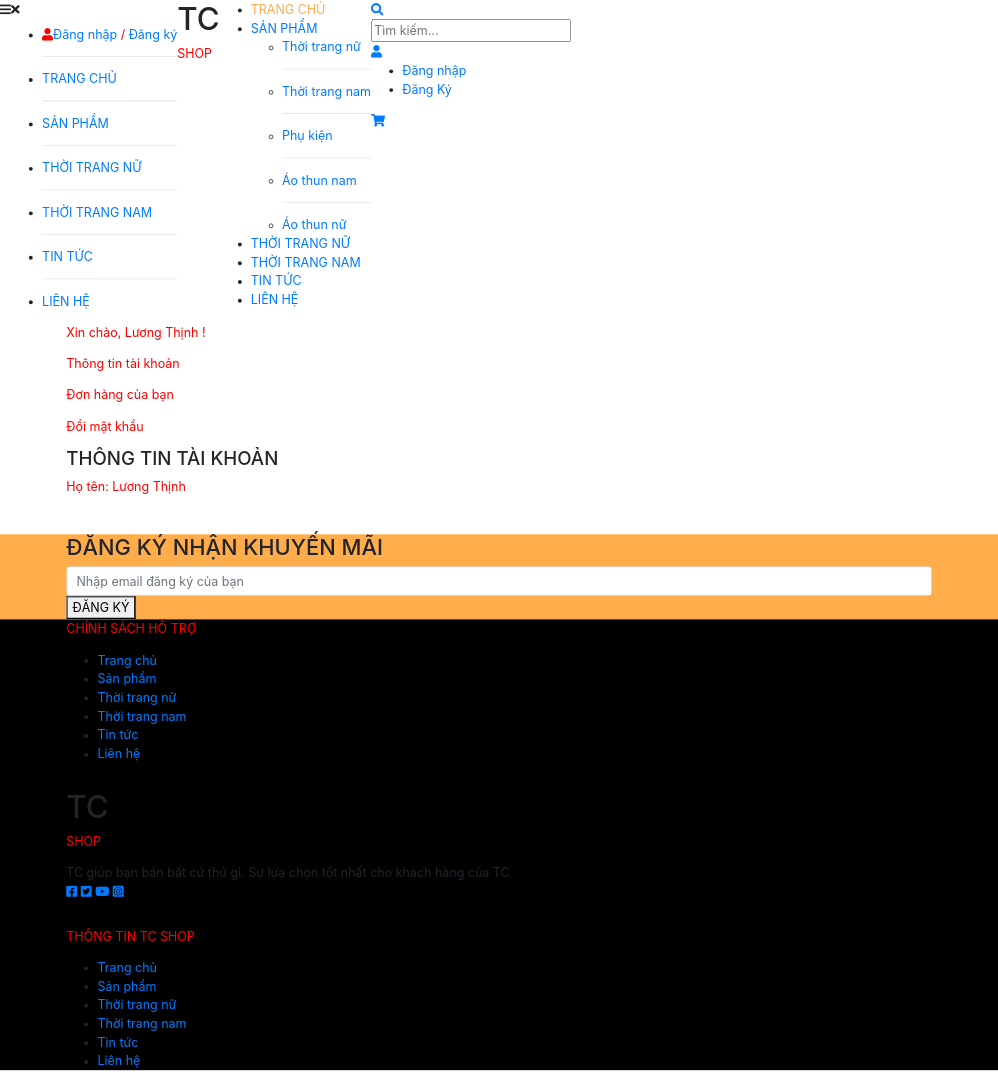
Repository: congthinh1701/TCshop
Page: ThongTinTaiKhoan.html
An editor plug-in stored every save of this project. The page is shown before and after the next save, followed by the edit.
The browser window is 1280 px wide. The pictures show the whole page, at 78% of full size.
The style sheet was rebuilt from its Sass, Less or Tailwind sources for each picture, by a compiler version that may differ from the author's.

Above is the page before, as saved 2021-09-08 16:59:41.

### ThongTinTaiKhoan.html
<!DOCTYPE html>
<html lang="en">
<head>
    <meta charset="UTF-8">
    <meta http-equiv="X-UA-Compatible" content="IE=edge">
    <meta name="viewport" content="width=device-width, initial-scale=1.0">
    <title>Document</title>
    <link rel="stylesheet" href="fontawesome-free-5.15.4-web/css/all.css">
    <link rel="stylesheet" href="sass/style.css">
</head>
<body>
    <div id="headerID"> <!-- your header --> </div>
    <div class="container">
        <div class="trang-tai-khoan">
            <div class="trang-tai-khoan-hello">
                <p><span>Xin chào, </span>Lương Thịnh !</p>
            </div>
            <div class="trang-tai-khoan-thong-tin">
                <p>Thông tin tài khoản</p>
            </div>
            <div class="trang-tai-khoan-hello">
                <p>Đơn hàng của bạn</p>
            </div>
            <div class="trang-tai-khoan-hello">
                <p>Đổi mật khẩu</p>
            </div>
        </div>
        <div class="thong-tin-tai-khoan">
            <h4>THÔNG TIN TÀI KHOẢN</h4>
            <div class="thong-tin-tai-khoan-name">
                <p><span>Họ tên: </span>Lương Thịnh</p>
            </div>
        </div>
    </div>
    <div id="footerID"> <!-- your header --> </div>
    <script src="https://cdnjs.cloudflare.com/ajax/libs/jquery/3.6.0/jquery.min.js" integrity="sha512-894YE6QWD5I59HgZOGReFYm4dnWc1Qt5NtvYSaNcOP+u1T9qYdvdihz0PPSiiqn/+/3e7Jo4EaG7TubfWGUrMQ==" crossorigin="anonymous" referrerpolicy="no-referrer"></script>
    <script>
        $("#headerID").load("header.html");
        $("#footerID").load("footer.html");
      </script>
</body>
</html>

### header.html
<!DOCTYPE html>
<html lang="en">
<head>
    <meta charset="UTF-8">
    <meta http-equiv="X-UA-Compatible" content="IE=edge">
    <meta name="viewport" content="width=device-width, initial-scale=1.0">
    <title>Document</title>
    <link rel="stylesheet" href="assets/css/style.css">
    <link rel="stylesheet" href="assets/css/base.css">
    <link rel="stylesheet" href="fontawesome-free-5.15.4-web/css/all.css">
    <link rel="stylesheet" href="https://maxcdn.bootstrapcdn.com/bootstrap/4.1.3/css/bootstrap.min.css">
    <script src="https://maxcdn.bootstrapcdn.com/bootstrap/4.1.3/js/bootstrap.min.js"></script>
</head>
<body>
    <div class="container-lg">
        <div class="nav">
            <label for="nav-mobile-input" class="nav_bars-btn">
                <i class="fas fa-bars"></i>
            </label>

            <input hidden type="checkbox" name="" class="nav_input" id="nav-mobile-input">
            <label for="nav-mobile-input" class="nav_overlay"></label>
            <nav class="nav-mobile">
                <label for="nav-mobile-input" class="nav__mobile-close">
                    <i class="fas fa-times"></i>
                </label>
                <ul class="nav__mobile-list">

                    <li class="nav__mobile-list-user">

                        <p><i class="fas fa-user"></i><a href="#">Đăng nhập</a> <span>/</span> <a href="#">Đăng ký</a>
                        </p>
                    </li>
                    <hr>
                    <li>
                        <a href="" class="nav__mobile-link">TRANG CHỦ</a>
                    </li>
                    <hr>
                    <li>
                        <a href="" class="nav__mobile-link">SẢN PHẨM</a>
                    </li>
                    <hr>
                    <li>
                        <a href="" class="nav__mobile-link">THỜI TRANG NỮ</a>
                    </li>
                    <hr>
                    <li>
                        <a href="" class="nav__mobile-link">THỜI TRANG NAM</a>
                    </li>
                    <hr>
                    <li>
                        <a href="" class="nav__mobile-link">TIN TỨC</a>
                    </li>
                    <hr>
                    <li>
                        <a href="" class="nav__mobile-link">LIÊN HỆ</a>
                    </li>
                </ul>
            </nav>
            <div class="nav-logo">
                <h1>TC</h1>
                <p>SHOP</p>
            </div>
            <nav class="nav-pc">
                <ul class="nav__list">
                    <li>
                        <a style="color:#ffac4b" href="home.html" class="nav__link">TRANG CHỦ</a>
                    </li>
                    <li class="options">
                        <a href="" class="nav__link">SẢN PHẨM</a>
                        <div class="nav__link-options">
                            <ul class="nav__link-options-list">
                                <li><a href="#">Thời trang nữ</a></li>
                                <hr>
                                <li><a href="#">Thời trang nam</a></li>
                                <hr>
                                <li><a href="#">Phụ kiện</a></li>
                                <hr>
                                <li><a href="#">Áo thun nam</a></li>
                                <hr>
                                <li><a href="#">Áo thun nữ</a></li>
                            </ul>
                        </div>
                    </li>
                    <li>
                        <a href="" class="nav__link">THỜI TRANG NỮ</a>
                    </li>
                    <li>
                        <a href="" class="nav__link">THỜI TRANG NAM</a>
                    </li>
                    <li>
                        <a href="" class="nav__link">TIN TỨC</a>
                    </li>
                    <li>
                        <a href="" class="nav__link">LIÊN HỆ</a>
                    </li>
                </ul>
            </nav>
            <div class="nav-right">
                <div class="search">
                    <a href="#"><i class="fas fa-search"></i></a>
                    <div class="search-hover">
                        <form>
                            <input class="search" type="text" name="search" placeholder="Tìm kiếm..." />
                        </form>
                    </div>
                </div>
                <div class="user">
                    <a href="#"> <i class="fas fa-user"></i></a>
                    <div class="user-hover">
                        <ul class="user-hover-list">
                            <li class="nav_link"><a href="#">Đăng nhập</a></li>
                            <li><a href="#">Đăng Ký</a></li>
                        </ul>
                    </div>
                </div>
                <div class="shopping">
                    <a href="card.html"><i class="fas fa-shopping-cart"></i></a>

                </div>
            </div>


        </div>
    </div>
</body>
</html>

### footer.html
<!DOCTYPE html>
<html lang="en">
<head>
    <meta charset="UTF-8">
    <meta http-equiv="X-UA-Compatible" content="IE=edge">
    <meta name="viewport" content="width=device-width, initial-scale=1.0">
    <title>Document</title>
    <link rel="stylesheet" href="assets/css/style.css">
    <link rel="stylesheet" href="assets/css/base.css">
    <link rel="stylesheet" href="fontawesome-free-5.15.4-web/css/all.css">
    <link rel="stylesheet" href="https://maxcdn.bootstrapcdn.com/bootstrap/4.1.3/css/bootstrap.min.css">
    <script src="https://maxcdn.bootstrapcdn.com/bootstrap/4.1.3/js/bootstrap.min.js"></script>
</head>
<body>
    <div class="container-lg" style="background-color: #ffac4b; margin-top: 50px;">
        <div class="container dangky">
            <div class="dangky-left">
                <h3>ĐĂNG KÝ NHẬN KHUYẾN MÃI</h3>
            </div>
            <div class="dangky-right">
                <form>
                    <input class="form-control" type="text" placeholder="Nhập email đăng ký của bạn">
                    <button type="button">ĐĂNG KÝ</button>
                </form>
            </div>
        </div>
    </div>

    <div class="container-lg" style="background-color: black">
        <div class="container footer">
            <div class="chinhsach-hotro">
                <p class="header">CHÍNH SÁCH HỖ TRỢ</p>
                <ul class="nav-list">
                    <li class="nav_link"><a href="#">Trang chủ</a></li>
                    <li class="nav_link"><a href="#">Sản phẩm</a></li>
                    <li class="nav_link"><a href="#">Thời trang nữ</a></li>
                    <li class="nav_link"><a href="#">Thời trang nam</a></li>
                    <li class="nav_link"><a href="#">Tin tức</a></li>
                    <li class="nav_link"><a href="#">Liên hệ</a></li>
                </ul>
            </div>
            <hr>
            <div class="ketnoi-shop">
                <h1>TC</h1>
                <p>SHOP</p>
                <span>TC giúp bạn bán bất cứ thứ gì. Sự lựa chọn tốt nhất cho khách hàng của TC</span>
                <div class="mangxahoi">
                    <a href="#"><i class="fab fa-facebook-square"></i></a>
                    <a href="#"><i class="fab fa-twitter-square"></i></a>
                    <a href="#"><i class="fab fa-youtube"></i></a>
                    <a href="#"><i class="fab fa-instagram-square"></i></a>
                </div>
            </div>
            <hr>
            <div class="thongtin-shop">
                <p class="header">THÔNG TIN TC SHOP</p>
                <ul class="nav-list">
                    <li class="nav_link"><a href="#">Trang chủ</a></li>
                    <li class="nav_link"><a href="#">Sản phẩm</a></li>
                    <li class="nav_link"><a href="#">Thời trang nữ</a></li>
                    <li class="nav_link"><a href="#">Thời trang nam</a></li>
                    <li class="nav_link"><a href="#">Tin tức</a></li>
                    <li class="nav_link"><a href="#">Liên hệ</a></li>
                </ul>
            </div>
        </div>
    </div>
</body>
</html>

### assets/css/base.css
:root{
    --primary-color:#EE4D2D;
    --primary-color-rgba:rgb(238,75,43);
    --white-color:#fff;
    --black-color:#000;
    --text-color:#333333;
    --font-weight:700;
    --font-size-product:19px;
    --font-weight-product:400;
    --font-size-price:18px;
    --header-height:120px;
    --navbar-height:34px;
    --header-with-search-height:calc(var(var(--header-height)-var(var(--navbar-height))))

}

### sass/style.scss

$text-color:red;
$text-fontSize:20px;
$text-fontSizeTK:22px;
$fontWeight:500;
p{
    color: $text-color;
}

Loaded but not shown: fontawesome-free-5.15.4-web/css/all.css (library)

After the next save:
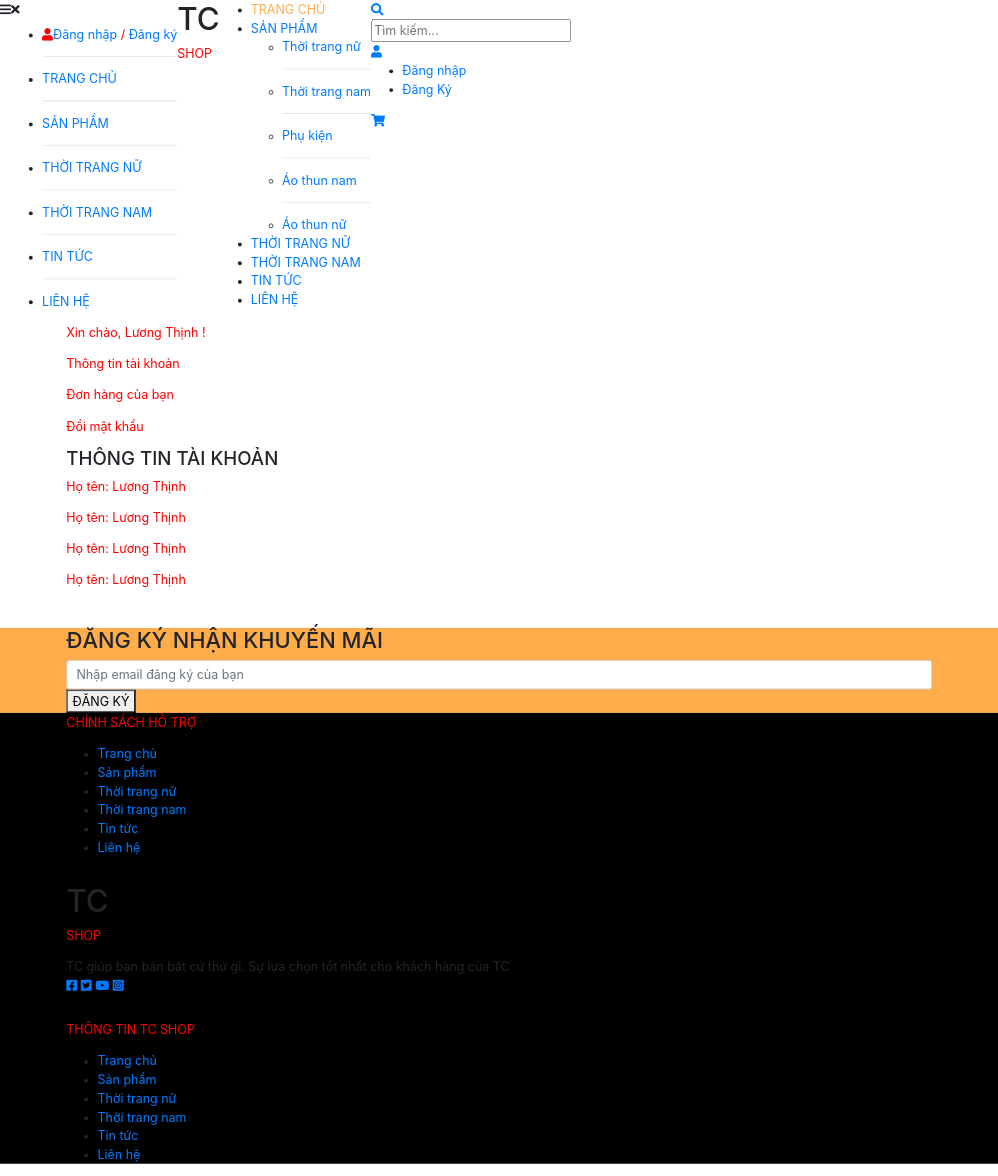
Saved 14 s later.
--- a/ThongTinTaiKhoan.html
+++ b/ThongTinTaiKhoan.html
@@ -29,6 +29,9 @@
             <h4>THÔNG TIN TÀI KHOẢN</h4>
             <div class="thong-tin-tai-khoan-name">
                 <p><span>Họ tên: </span>Lương Thịnh</p>
+                <p><span>Họ tên: </span>Lương Thịnh</p>
+                <p><span>Họ tên: </span>Lương Thịnh</p>
+                <p><span>Họ tên: </span>Lương Thịnh</p>
             </div>
         </div>
     </div>
